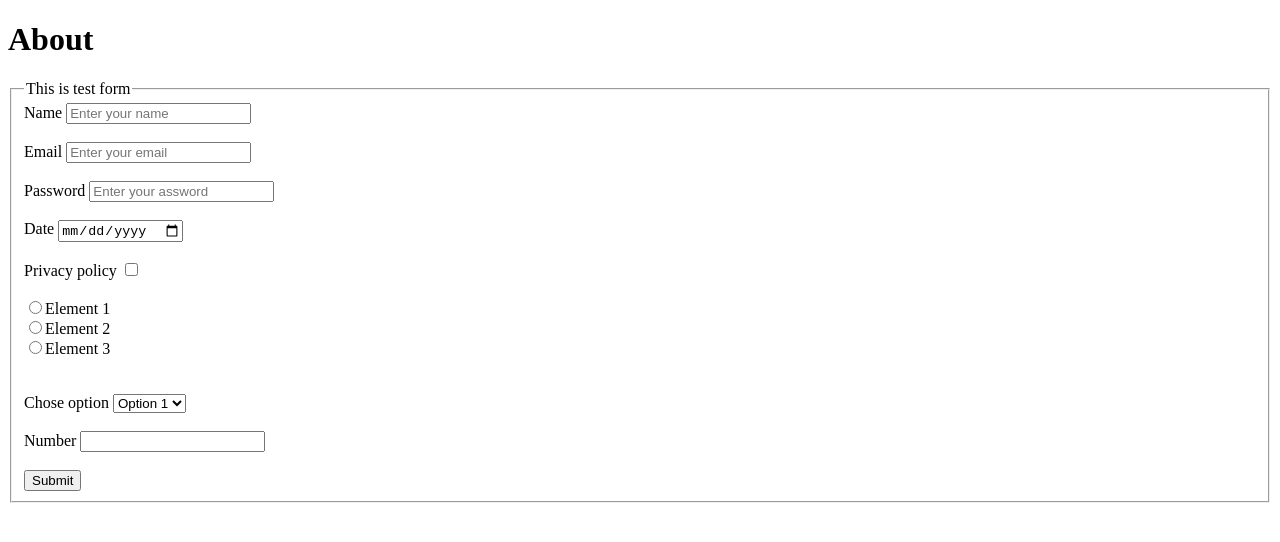
Repository: fisikusari/test-repo
Page: about.html
These files come from the project's save history. The page is drawn as it stood at one moment and after the next save; the edit follows.
The browser window is 1280 px wide. The pictures show the whole page.

Above is the page before, as saved 2021-11-11 19:44:46.

After the next save:
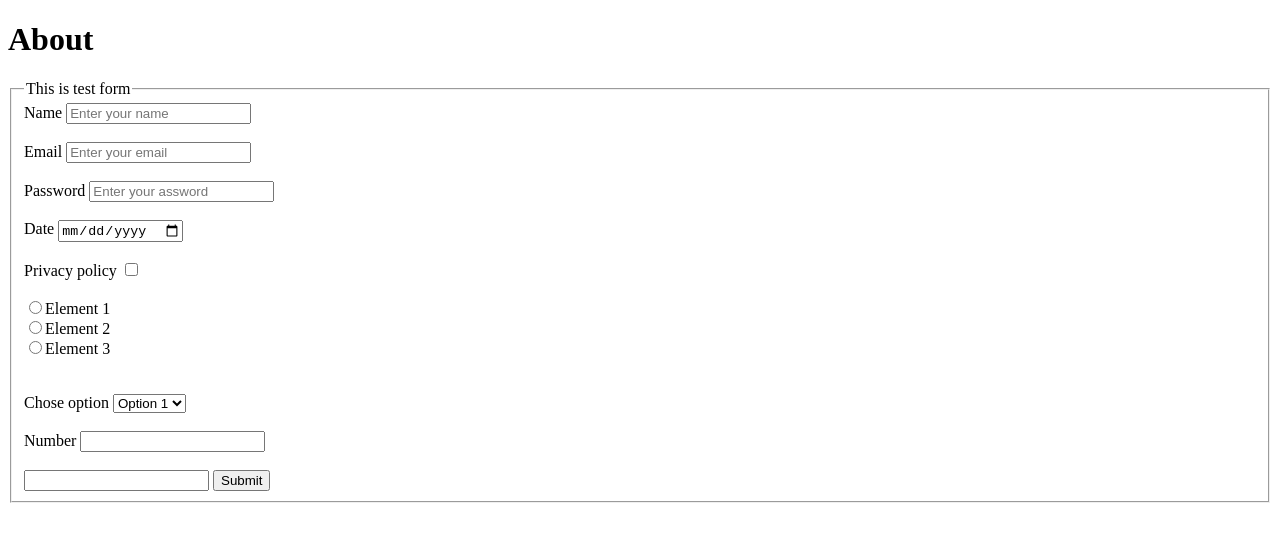
Saved 21 s later.
--- a/about.html
+++ b/about.html
@@ -41,7 +41,7 @@
       <br><br>
       <label for="number">Number</label>
       <input type="number" name="number" id="number"><br><br>
-      <!-- <input type="tel" name="" id=""> -->
+      <input type="tel" name="" id="">
       <input type="submit" value="Submit">
     </fieldset>
     <!--Fieldset Ends here-->
